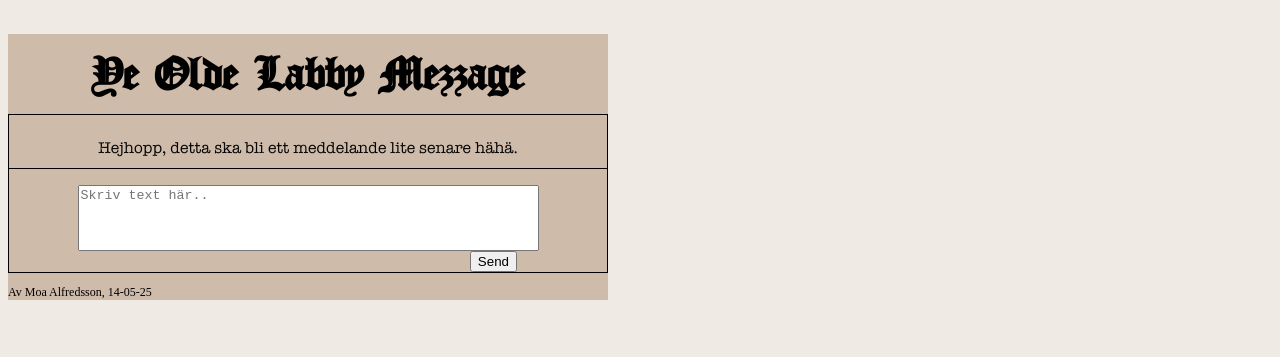
Repository: ma223md/1dv403-laborationer
Page: 2-labbymezzage/index.html
The author's editor kept a record of every edit. The page is drawn from the files as they stood at one moment, then again after the next edit.
The browser window is 1280 px wide. The pictures show the whole page.

Above is the page before.

### 2-labbymezzage/index.html
<!DOCTYPE html>
<html>
    <head>
        <meta charset="UTF-8" />
        <link rel="stylesheet" href="labbymezzagestyle.css" />
        <script src="js/message.js"></script>
        <script src="js/message_run.js"></script>
        <title>Labby Mezzage</title>
    </head>

    <body>
        <div id="container">
            <header>
                <h1>Ye Olde Labby Mezzage</h1>
            </header>

            <main>
                <div id="messageboard">
                    <p>Hejhopp, detta ska bli ett meddelande lite senare hähä.</p>
                </div>
                <div id="textarea"></div>
                <div id="textinput">
                    <textarea id="messagetext" rows="4" cols="55" placeholder="Skriv text här.. "></textarea>
                    <input id="sendbutton" value="Send" type="submit"/>
                </div>
            </main>

            <footer>
                <p>Av Moa Alfredsson, 14-05-25</p>
            </footer>
        </div>
    </body>
</html>

### 2-labbymezzage/labbymezzagestyle.css
@font-face {
    font-family: headline;
    src: url(../2-labbymezzage/fonts/OldLondon.ttf);
}

@font-face {
    font-family: article;
    src: url(fonts/linowrite.ttf);
}

body
{
    background-color: #efebe4;
}

header h1 {
    text-align: center;
    padding-top: 15px;
}

#container {
    width: 600px;
    background-color: #cfbbaa;
}

main {
    border-style: solid;
    border-width: 1px;
}

main p {
    font-family: article;
    text-align: center;
    padding-top: 10px;
    padding-bottom: 10px;
    padding-left: 20px;
    padding-right: 20px;
    border-bottom: solid;
    border-width: 1px;
}

h1 {
    font-family: headline;
    font-size: 50px;
}

textarea {
    resize: none;
    display: block;
    margin-left: auto;
    margin-right: auto;
}

input {
    display: block;
    margin-left: auto;
    margin-right: 90px;
}

footer {
    font-size: 12px;
}

### 2-labbymezzage/js/message.js
"use strict";

function Message(message, date) {

    this.getText = function(){
        return message;
    }

    this.setText = function(_text) {
        message = _text;
    }

    this.getDate = function(){
        return date;
    }

    this.setDate = function(_date) {
       date = _date
    }

    Message.prototype.toString = function() {
        return this.getText() + " (" + this.getDate() + ")"
    }

    Message.prototype.getHTMLText = function() {
        return this.getText();
    }

    Message.prototype.getDateText = function() {
        return this.getDate().toLocalTimeString();
    }
}

Loaded but not shown: 2-labbymezzage/js/message_run.js (no copy from this time; the picture is the same without it)

After the next edit:
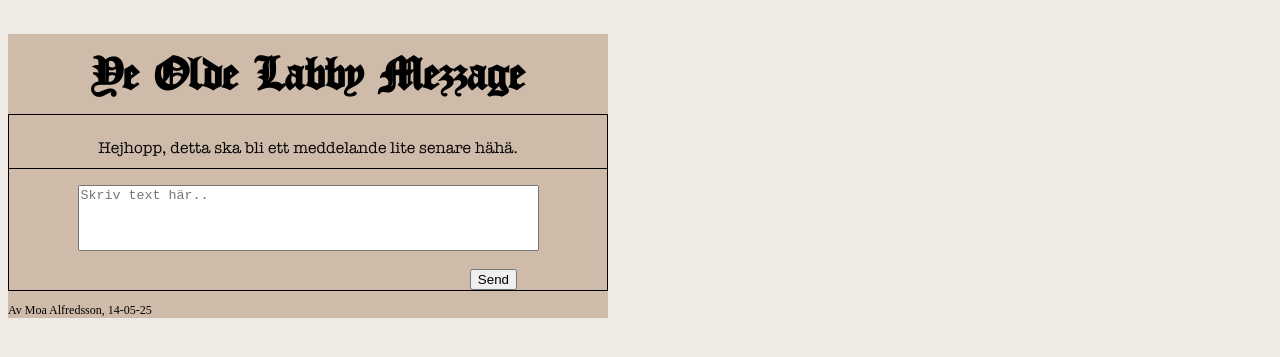
The edit:
--- a/2-labbymezzage/index.html
+++ b/2-labbymezzage/index.html
@@ -21,7 +21,7 @@
                 <div id="textarea"></div>
                 <div id="textinput">
                     <textarea id="messagetext" rows="4" cols="55" placeholder="Skriv text här.. "></textarea>
-                    <input id="sendbutton" value="Send" type="submit"/>
+                    <br><input id="sendbutton" value="Send" type="submit"/>
                 </div>
             </main>
 
